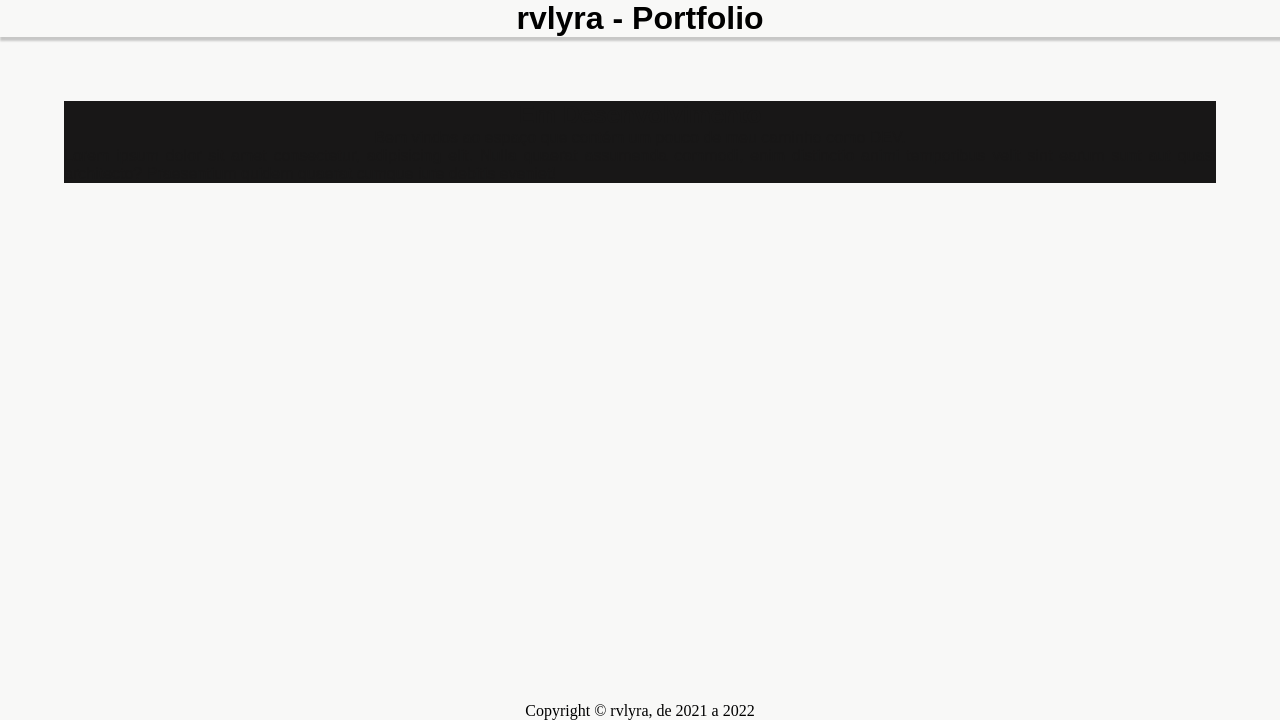
Repository: rvlyra/splash-screen-rvlyra
Page: Portfolio-RVLYRA/public/index.html
An editor plug-in stored every save of this project. The page is shown before and after the next save, followed by the edit.
The browser window is 1280 px wide. The pictures show the whole page.
Some web fonts or font styles are not loaded; a fallback is used.

Above is the page before, as saved 2022-07-06 09:37:47.

After the next save:
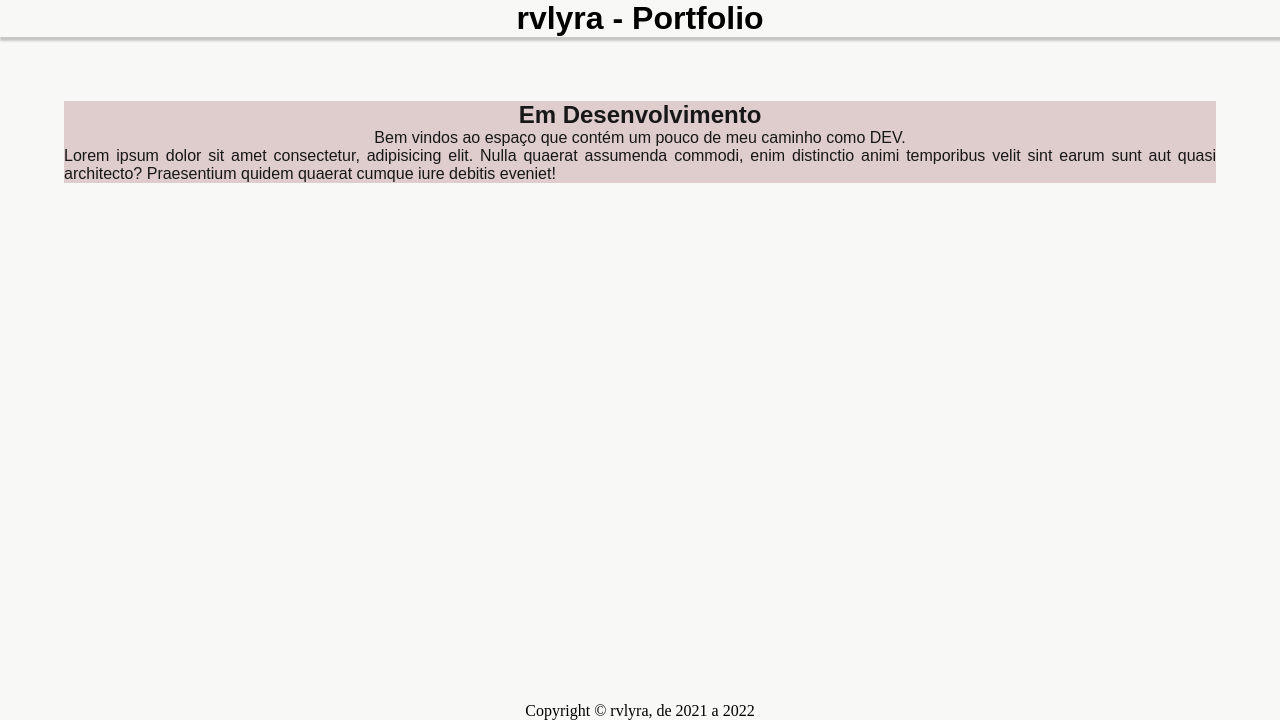
Saved 5 s later.
--- a/Portfolio-RVLYRA/assets/src/css/rl.main.css
+++ b/Portfolio-RVLYRA/assets/src/css/rl.main.css
@@ -30,7 +30,7 @@ main {
     text-align: justify;
     margin: 5%;
 
-    background-color:rgb(24, 23, 23);
+    background-color:rgb(223, 205, 205);
 
 }
 
